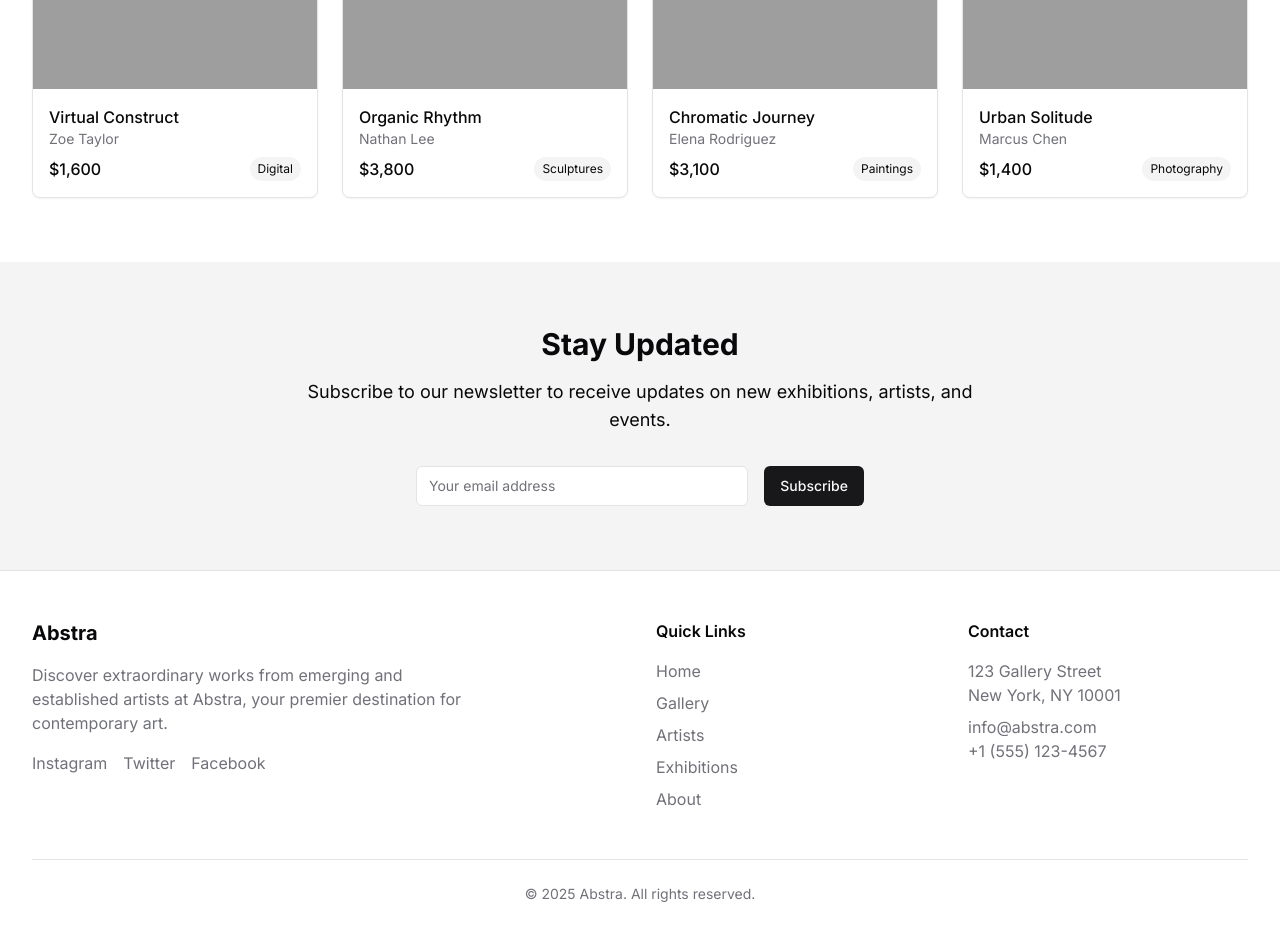
Repository: flow-ctrl369/gallery-cloneX
Page: /
These files come from the project's save history. The page is drawn as it stood at one moment and after the next save; the edit follows.
The browser window is 1280 px wide. The pictures show the part of the page from y = 2854 to 3806 px (the page is 3806 px tall).
Pictures or frames that could not be fetched are drawn as grey boxes. The project was rebuilt for these pictures with package versions that can differ from the ones it lists, and the page was loaded fresh each time. The framework's server and built-in components were replaced by stand-ins that run in the browser. Also part of the build but not shown: next.config.mjs.

Above is the page before, as saved 2025-06-02 01:51:46.

After the next save:
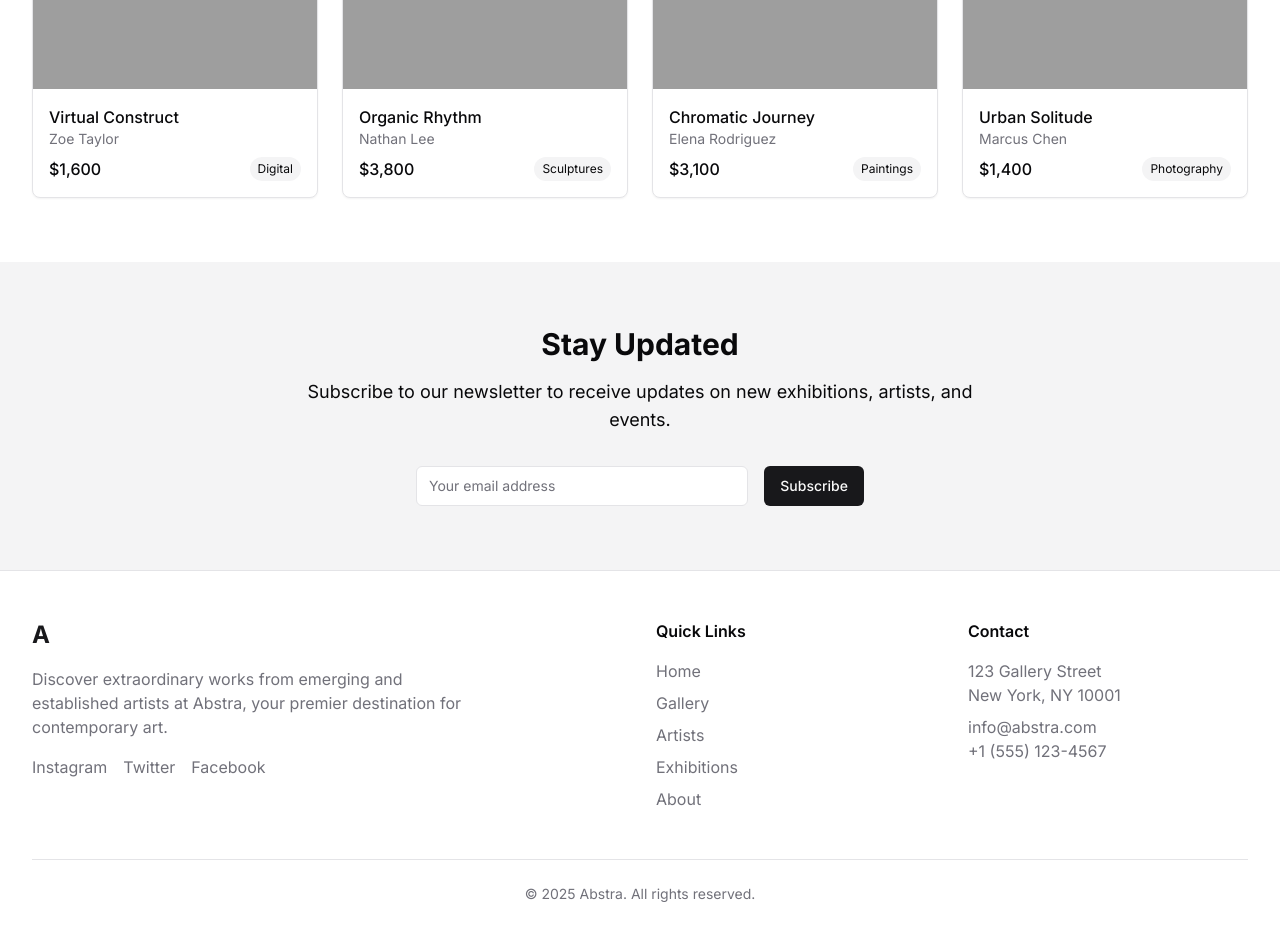
Saved 16 s later.
--- a/components/footer.tsx
+++ b/components/footer.tsx
@@ -1,4 +1,5 @@
 import Link from "next/link"
+import Logo from "@/components/logo"
 
 export default function Footer() {
   return (
@@ -6,9 +7,7 @@ export default function Footer() {
       <div className="container py-12">
         <div className="grid grid-cols-1 md:grid-cols-4 gap-8">
           <div className="md:col-span-2">
-            <Link href="/" className="text-xl font-bold mb-4 inline-block">
-              Abstra
-            </Link>
+            <Logo variant="minimal" className="mb-4" />
             <p className="text-muted-foreground mb-4 max-w-md">
               Discover extraordinary works from emerging and established artists at Abstra, your premier destination for contemporary art.
             </p>
